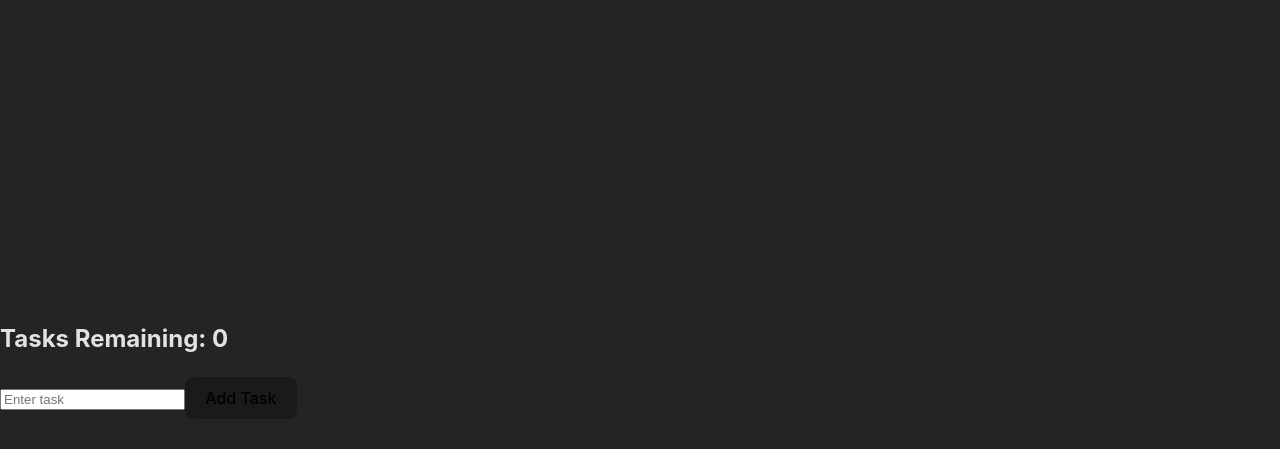
Repository: MelissaJacobi/frontend-assignment-4
Page: /
An editor plug-in stored every save of this project. The page is shown before and after the next save, followed by the edit.
The browser window is 1280 px wide. The pictures show the whole page.
The project was rebuilt for these pictures with package versions that can differ from the ones it lists, and the page was loaded fresh each time. Also part of the build but not shown: vite.config.js, src/App.css.

Above is the page before, as saved 2024-10-12 21:40:15.

After the next save:
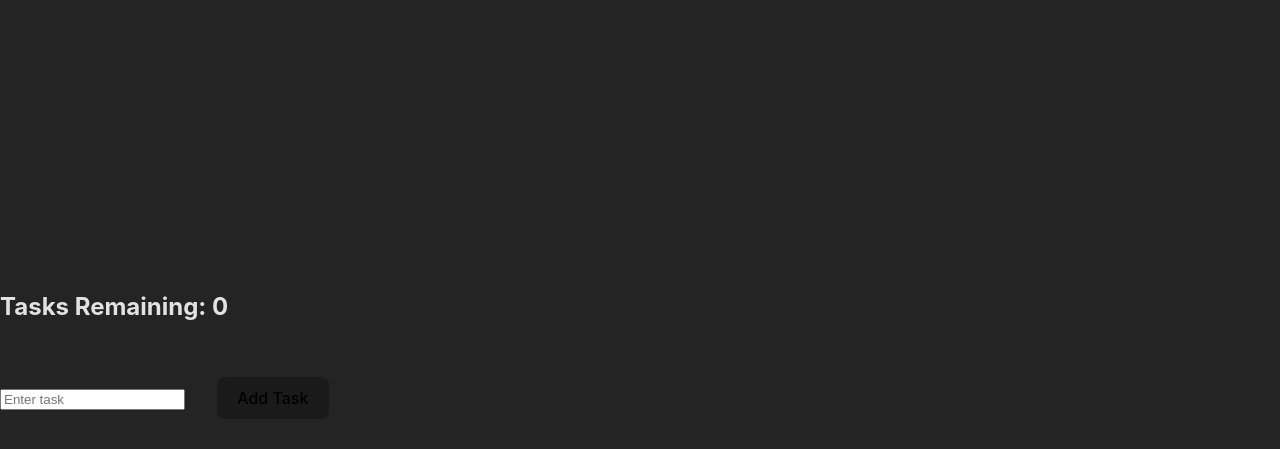
Saved 10 s later.
--- a/src/index.css
+++ b/src/index.css
@@ -31,6 +31,7 @@ button {
   background-color: #1a1a1a;
   cursor: pointer;
   transition: border-color 0.25s;
+  margin: 2rem;
 }
 button:hover {
   border-color: #646cff;
